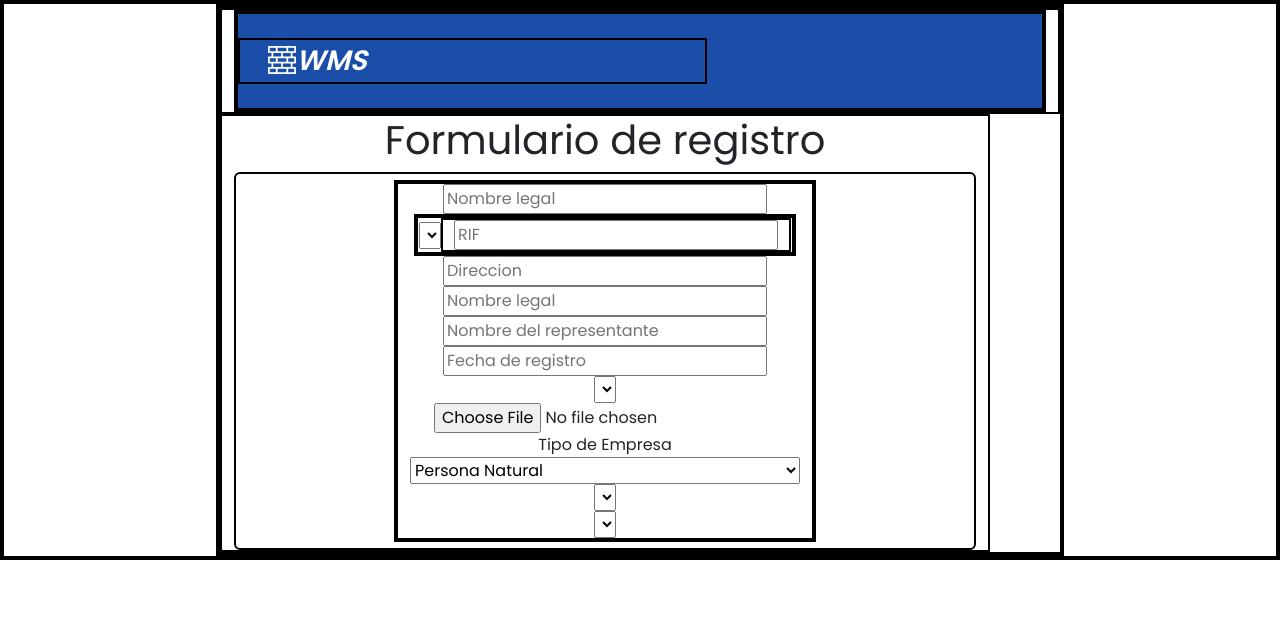
Repository: Rafa-x64/Gestion_inventario_practica
Page: http://localhost/Gestion_inventario/index.php?page=registro-empresa
These files come from the project's save history. The page is drawn as it stood at one moment and after a run of saves; the edit follows.
The browser window is 1280 px wide. The pictures show the whole page.
The page is run by PHP 8.4 with error messages shown; the project is at /var/www/html/.

Above is the page before, as saved 2025-07-23 17:01:50.

After the next 8 saves:
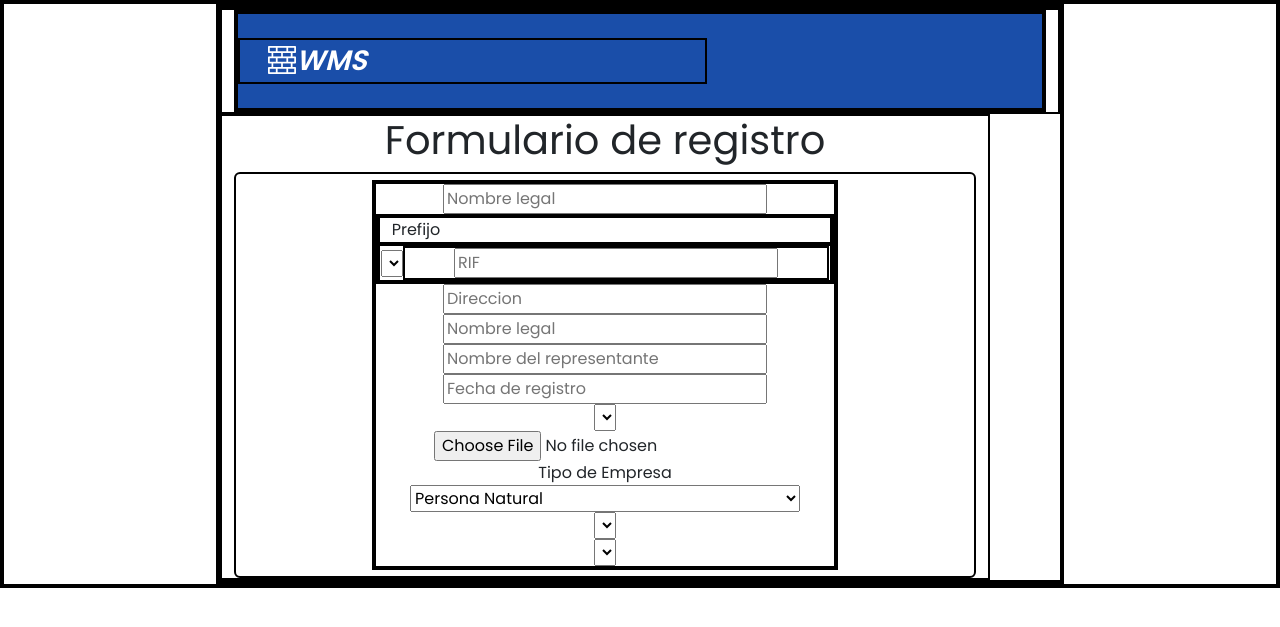
The 8 saves are shown as one change because they came seconds apart.
The last was saved 13 s later.
--- a/view/php/registro-empresa-view.php
+++ b/view/php/registro-empresa-view.php
@@ -31,6 +31,9 @@
                             <div class="col-12 d-flex flex-column align-items-center justify-content-center">
                                 <input type="text" name="" id="nombre_legal" placeholder="Nombre legal">
                                 <div class="row">
+                                    <div class="col-12">
+                                        <label for="prefijo">Prefijo</label>
+                                    </div>
                                     <div class="col-12 d-flex flex-row align-items-center justify-content-center">
                                         <select name="prefijo" id="prefijo">
                                             <option value="J"></option>
